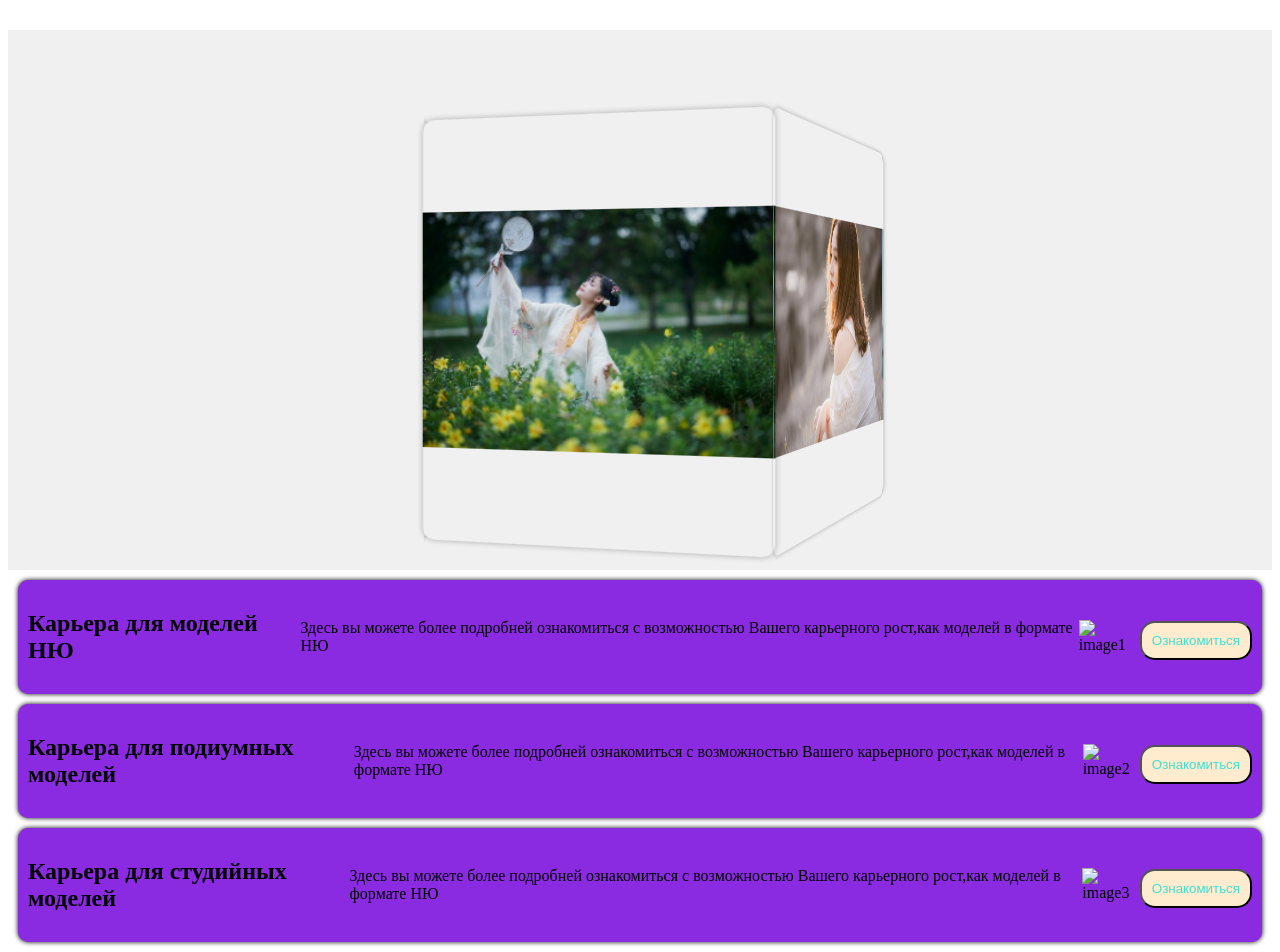
Repository: qtqqrdy13/model-studio
Page: index.html
An editor plug-in stored every save of this project. The page is shown before and after the next save, followed by the edit.
The browser window is 1280 px wide. The pictures show the part of the page from y = 1948 to 2900 px (the page is 2900 px tall).
The pointer rests on the first visible `.baton`.
A picture or video elsewhere on the page could not be fetched, so the positions and the page height are approximate.

Above is the page before, as saved 2023-09-01 13:03:25.
Not found: img.png

After the next save:
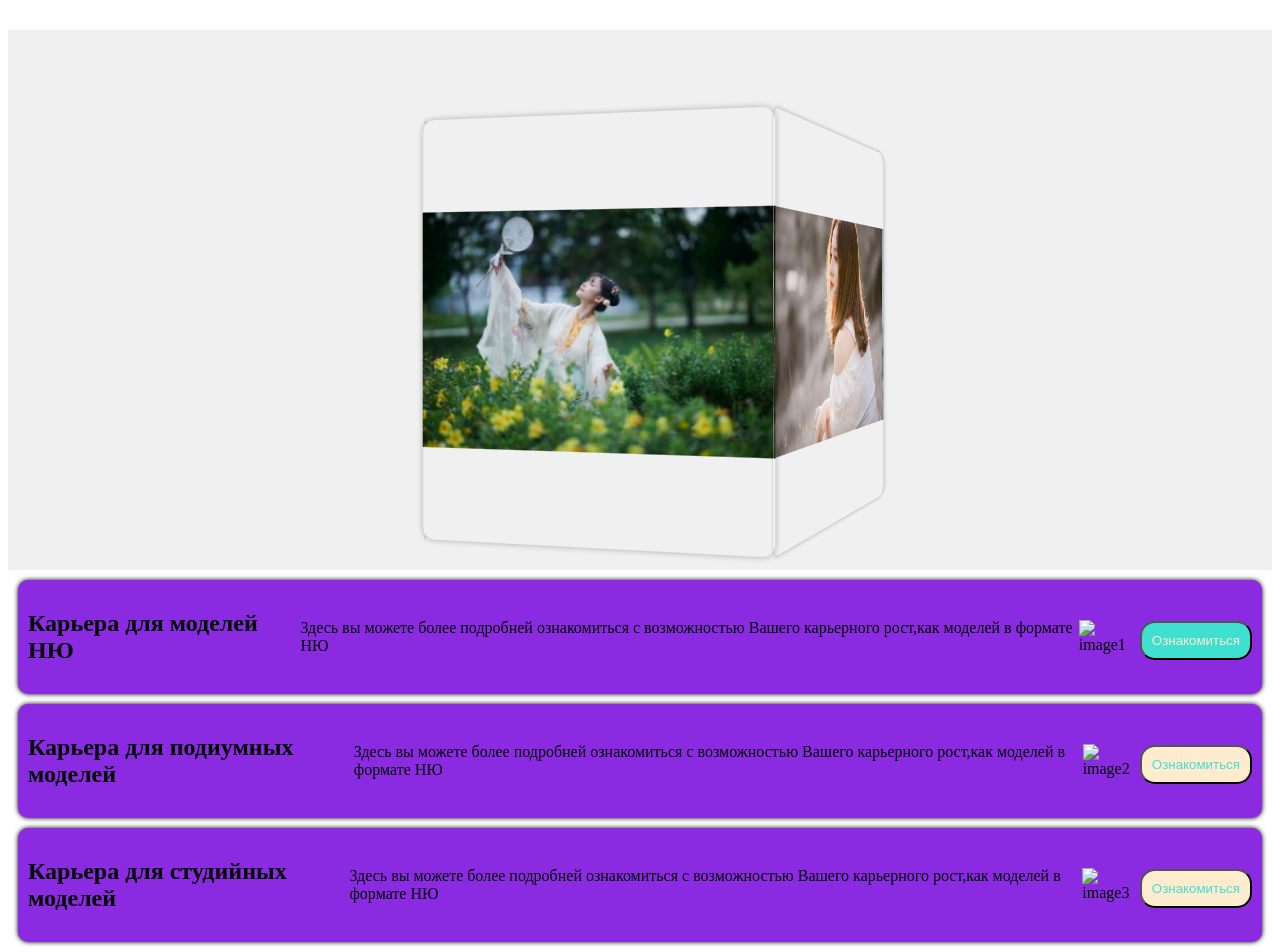
Saved 62 s later.
--- a/style.css
+++ b/style.css
@@ -343,3 +343,8 @@ transition: opacity 0.3s ease-in-out;
     margin-top:7px;
     padding:10px 10px;
 }
+    .baton:hover{
+        background-color:turquoise;
+        color:blanchedalmond;
+
+    }
